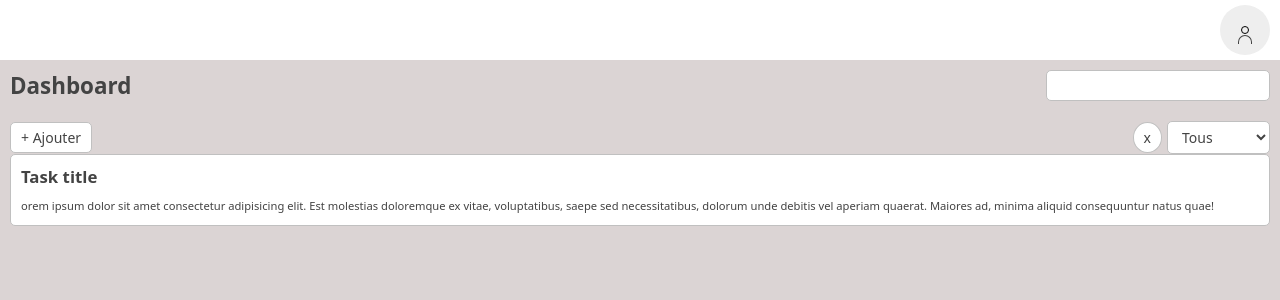
Repository: zpaulange/task_manager
Page: dashboard/index.html
These files come from the project's save history. The page is drawn as it stood at one moment and after the next save; the edit follows.
The browser window is 1280 px wide. The pictures show the whole page.

Above is the page before, as saved 2025-03-06 15:19:32.

### dashboard/index.html
<!DOCTYPE html>
<html lang="en">
<head>
    <meta charset="UTF-8">
    <meta name="viewport" content="width=device-width, initial-scale=1.0">
    <link rel="stylesheet" href="../assets/styles/dashboard/style.css">
    <title>Document</title>
</head>
<body>
  <section class="dashboard">
    <div class="dashboard_right">
      <nav class="dashbaord_nav">
        <a href="#" class="dashbaord_nav_avatar">
          <span></span>
        </a>
      </nav>
      <main class="main">
        <div class="main_header">
          <h1 class="main_header_title">Dashboard</h1>
          <input type="search" name="search" class=" main_header_search">
        </div>
        <div class="main_header_actions">
          <div class="main_header_actions_left">
            <button class="main_header_actions_btn">+ Ajouter</button>
          </div>
          <div class="main_header_actions_right">
            <button class="main_header_actions_right_btnDel rounded-btn del">x</button>
            <select name="filter" class="main_header_actions_right_filter" id="">
              <option value="0">Tous</option>
              <option value="1">En cours</option>
              <option value="2">Annulés</option>
              <option value="3">Terminés</option>
            </select>
          </div>
        </div>
        <section class="main-task">
          <div class="main-task__content">
            <div class="main-task__content-item">
              <div class="main-task__content-item__title">
                Task title
              </div>
              <p class="main-task__content-item__desc">
                orem ipsum dolor sit amet consectetur adipisicing elit. Est molestias doloremque ex vitae, voluptatibus, saepe sed necessitatibus, dolorum unde debitis vel aperiam quaerat. Maiores ad, minima aliquid consequuntur natus quae!
              </p>
            </div>
            <!-- <section class="box box-center">
              <h1>Aucune tache disponible...</h1>
            </section> -->
          </div>

        </section>
      </main>
    </div>
  </section>

</body>
</html>

### assets/styles/dashboard/style.css
*{
  margin:0;
  padding:0;
  box-sizing: border-box;
  position:relative;
  font-family: system-ui, sans-serif;
  font-size: 14px;
  color:#434343;
}
body{
  overflow-x: hidden;
}
a{
  text-decoration: none;
}
a:active, a:hover{
  color:#434343;
}
img{
  width: 100%;
  height: auto;
}
ul li{
  list-style: none;
}
input[type="search"],
input[type="text"],
input[type="date"]{
  padding:5px 10px;
  border-radius:5px;
  border:1px solid silver
}
input:focus, select:focus{
  outline: none;
}

.dashboard{
  min-height: 100vh;
  background-color: #dbd4d4;
}

.dashboard_right{
  min-height: 100vh;
}
.dashbaord_nav{
  background-color: #fff;
  padding:5px 10px;
  display: flex;
  align-items:center;
  justify-content: flex-end;
  z-index: 1000;
  position: sticky;
  top:0;
  left:0;
}
.dashbaord_nav_avatar{
  display: flex;
  align-items: center;
  justify-content: center;
  height:50px;
  width: 50px;
  border-radius:50%;
  background-color: #eee;

}
.dashbaord_nav_avatar span{
  display: inline-block;
  height: 8px;
  width: 8px;
  border-radius:50%;
  border:1px solid #000
}
.dashbaord_nav_avatar span:before{
  content:'';
  position: absolute;
  height: 8px;
  width: 12px;
  border:1px solid;
  left:50%;
  transform: translateX(-50%);
  top:8px;
  border-bottom: none;
  border-top-left-radius: 10px;
  border-top-right-radius: 10px;
}

.main{
  padding:10px;
}
.main_header_title{
  font-size: 1.6rem;
}
.box{
  min-height: calc(100vh - 180px);
  background-color: #fff;
  border-radius:5px;
  padding:10px;
  margin-top:20px
}
.box.box-center{
  display: flex;
  align-items:center;
  justify-content: center;
}

.main_header{
  display: flex;
  justify-content: space-between;
  align-items:center;
  margin-bottom:20px;
}
.main_header_actions{
  display: flex;
  justify-content: space-between;
  align-items:center;
}
.main_header_actions_btn{
  padding:5px 10px;
  border-radius:5px;
  border:1px solid silver;
  background-color: #fff;
  cursor: pointer;
  transition: .2s;
}
.main_header_actions_btn:hover{
  background-color:blue;
  color:#fff;
}
.main_header_actions_right{
  display: flex;
  align-items:center;
  gap:5px;
}
.rounded-btn{
  padding:5px 10px;
  border-radius:50%;
  border:1px solid silver;
  background-color: #fff;
  cursor: pointer;
  transition: .2s;
  cursor:pointer;
}
.rounded-btn.del:hover{
  background-color:red;
  color:#fff;
}
.main_header_actions_right_filter{
  padding:5px 10px;
  border-radius:5px;
  border:1px solid silver;
  background-color: #fff;
}

.main-task__content-item{
  background-color:#fff;
  padding:10px;
  border-radius:5px;
  border:1px solid silver
}
.main-task__content-item__title{
  font-size: 1.2rem;
  font-weight: 600;
}
.main-task__content-item__desc{
  font-size: .8rem;
  line-height: 1.2rem;
  margin-top:10px;
  margin-bottom:
}

After the next save:
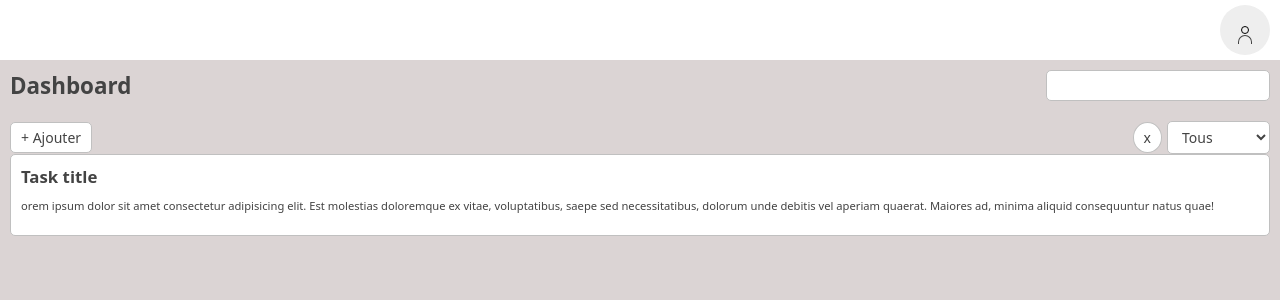
Saved 4 s later.
--- a/assets/styles/dashboard/style.css
+++ b/assets/styles/dashboard/style.css
@@ -165,5 +165,5 @@ input:focus, select:focus{
   font-size: .8rem;
   line-height: 1.2rem;
   margin-top:10px;
-  margin-bottom:
+  margin-bottom:10px;
 }
